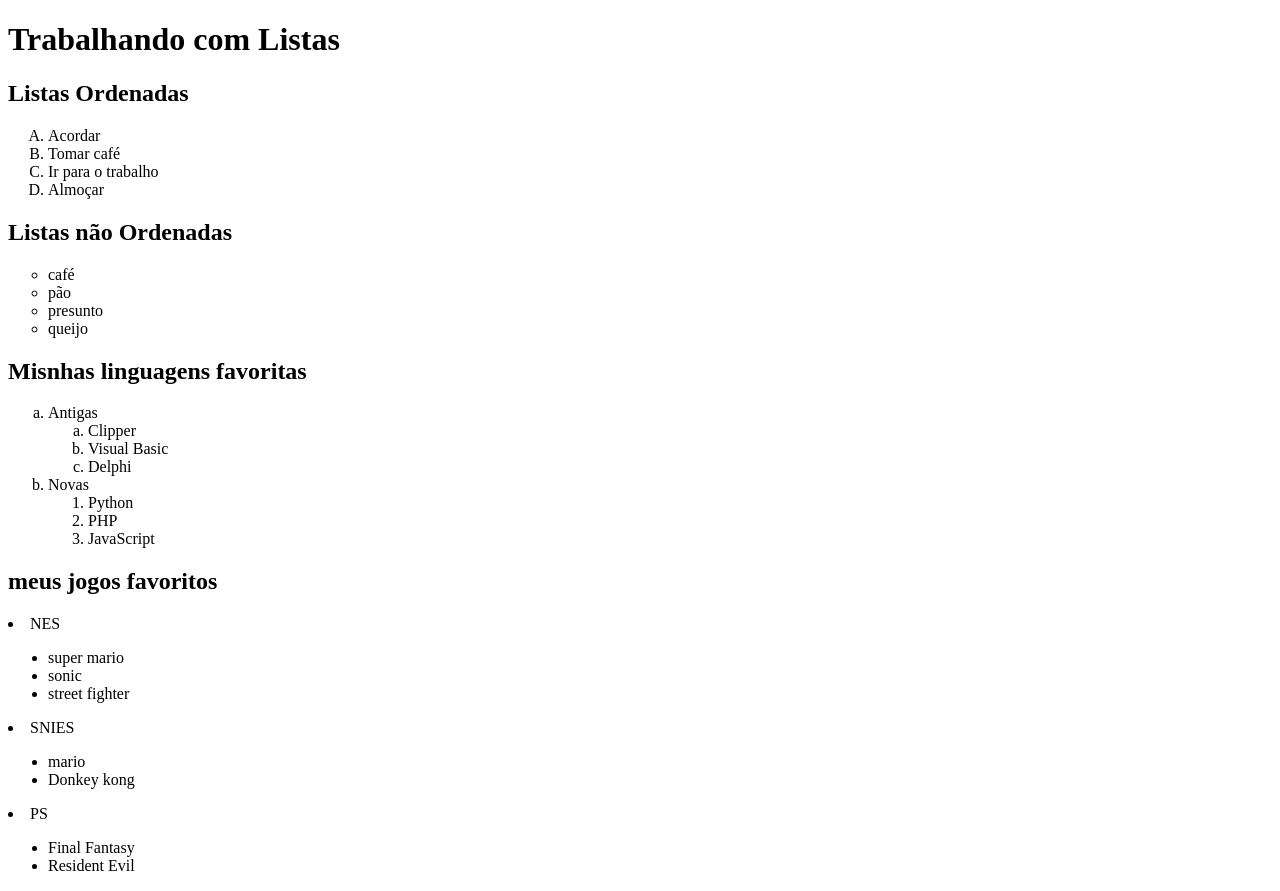
Repository: Iamjordana/html-css
Page: Html Css/Exercicios/ex009/index.html
These files come from the project's save history. The page is drawn as it stood at one moment and after a run of saves; the edit follows.
The browser window is 1280 px wide. The pictures show the whole page.

Above is the page before, as saved 2025-01-08 18:51:31.

After the next 6 saves:
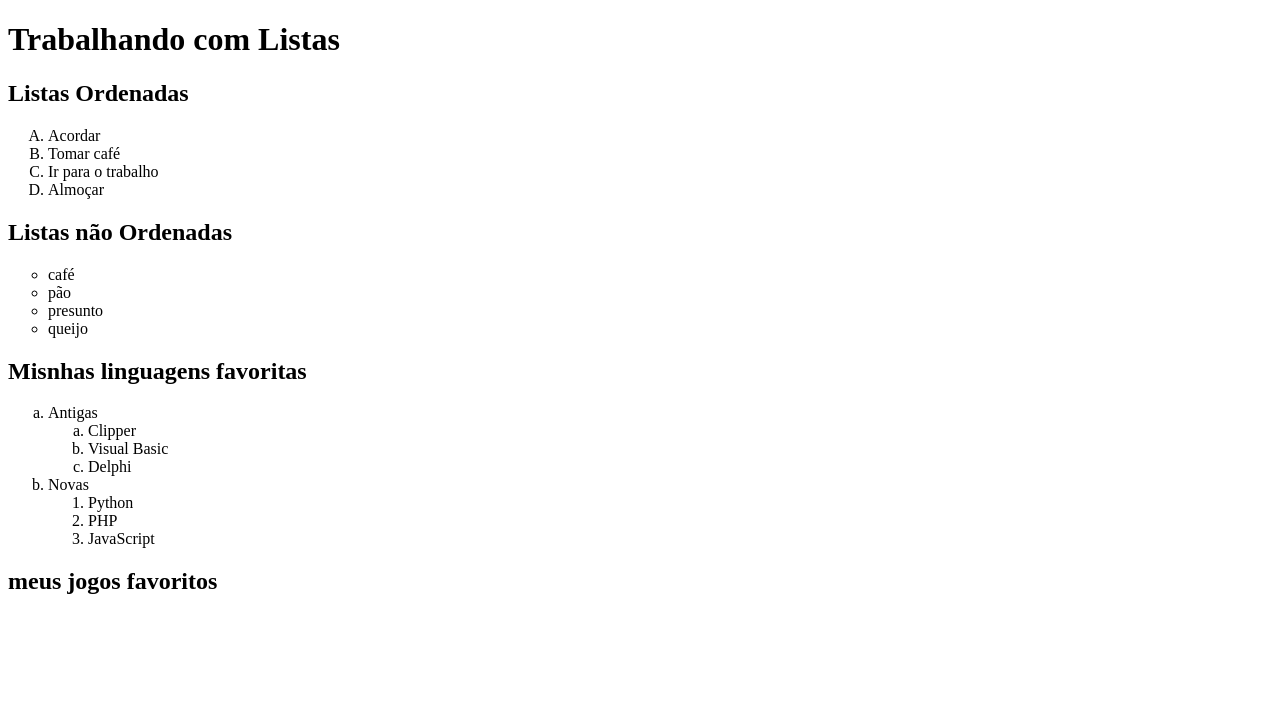
The 6 saves are shown as one change because they came seconds apart.
The last was saved 40 s later.
--- a/Html Css/Exercicios/ex009/index.html
+++ b/Html Css/Exercicios/ex009/index.html
@@ -39,24 +39,7 @@
     </ol>
 </ol>
 <h2>meus jogos favoritos</h2>
-    <li>NES</li>
-    <ul>
-        <li>super mario</li>
-        <li>sonic</li>
-        <li>street fighter</li>
-    </ul>
-        <li>SNIES</li>
-    <ul>
-        <li>mario</li>
-        <li>Donkey kong</li>
-    </ul>
-        <li>PS</li>
-    <ul>
-        <li>Final Fantasy</li>
-        <li>Resident Evil</li>
-    </ul>
+<ol>
 
-
-</ul>
 </body>
 </html>
